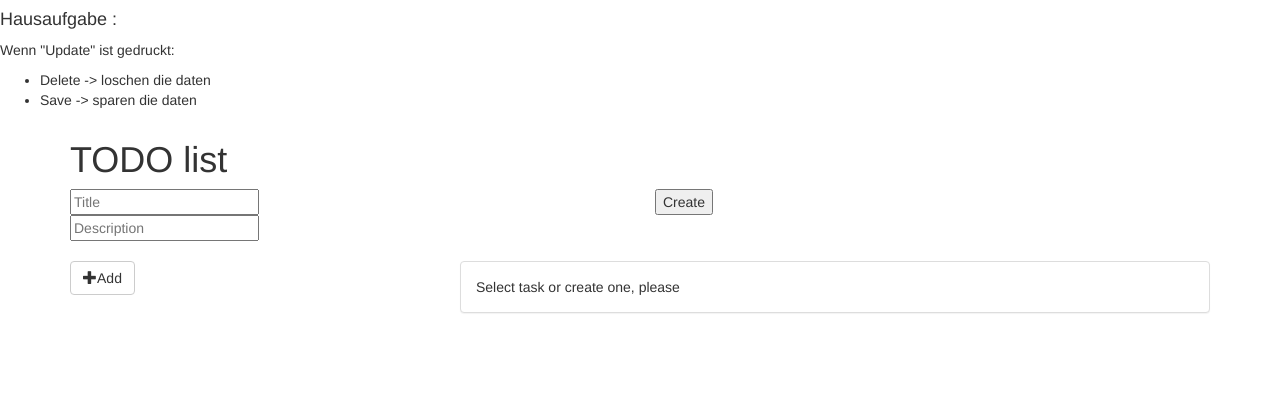
Repository: 3phase/my-ip-2015-2016
Page: 04_SampleAjax/WebContent/index.html
The author's editor kept a copy of each file at every save. The page is drawn from the files as they stood at one save, then again after a run of saves.
The browser window is 1280 px wide. The pictures show the whole page.
The page's requests for data from a server got no answer.

Above is the page before, as saved 2015-12-18 16:37:39.

After the next 4 saves:
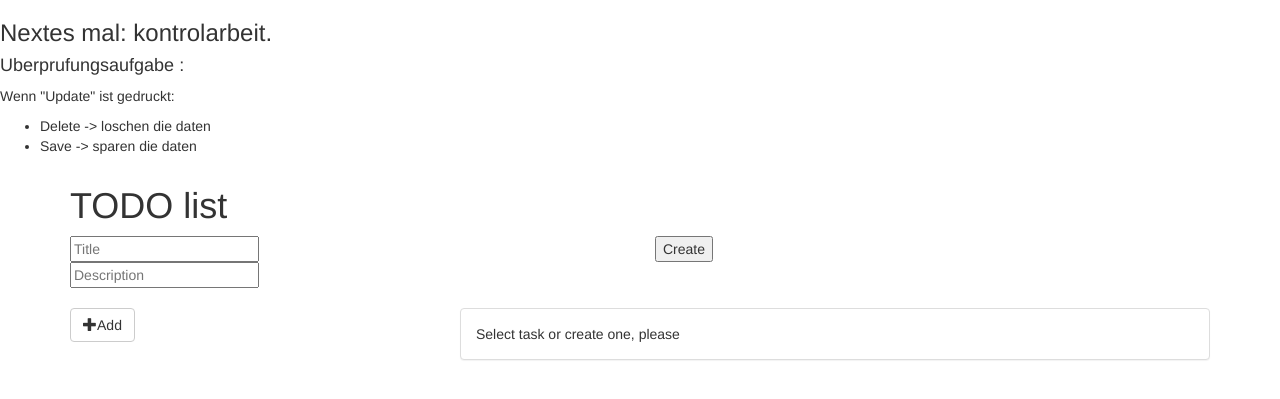
The 4 saves are shown as one change because they came seconds apart.
The last was saved 34 s later.
--- a/04_SampleAjax/WebContent/index.html
+++ b/04_SampleAjax/WebContent/index.html
@@ -7,7 +7,8 @@
 		<link rel="stylesheet" href="libs/bootstrap-3.3.6-dist/css/bootstrap.css" />
 	</head>
 	<body>
-	<h4>Hausaufgabe : </h4>
+	<h3>Nextes mal: kontrolarbeit. </h3>
+	<h4>Uberprufungsaufgabe : </h4>
 	<p>Wenn "Update" ist gedruckt:</p>
 	<ul>
 		<li>Delete -> loschen die daten</li>
